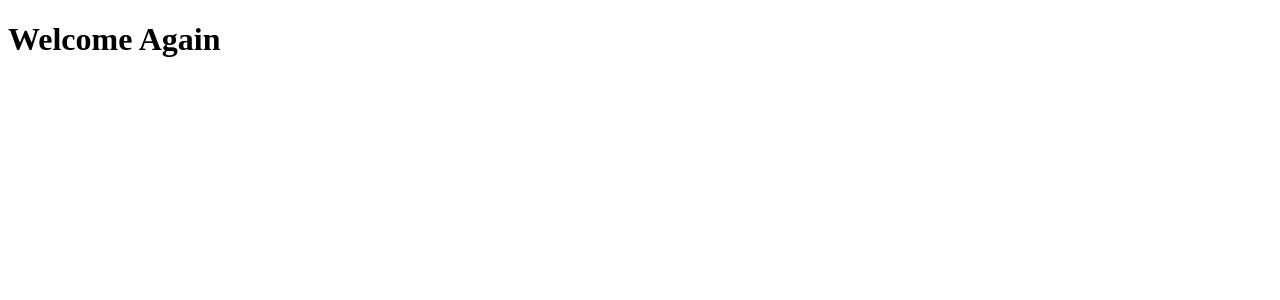
Repository: sandipgole/SpringBoot
Page: http://localhost/08_Jpa_mvc_H2_partTwo/home.jsp
These files come from the project's save history. The page is drawn as it stood at one moment and after the next save; the edit follows.
The browser window is 1280 px wide. The pictures show the whole page.
The page is served by Tomcat 9.

Above is the page before, as saved 2019-11-23 10:25:43.

After the next save:
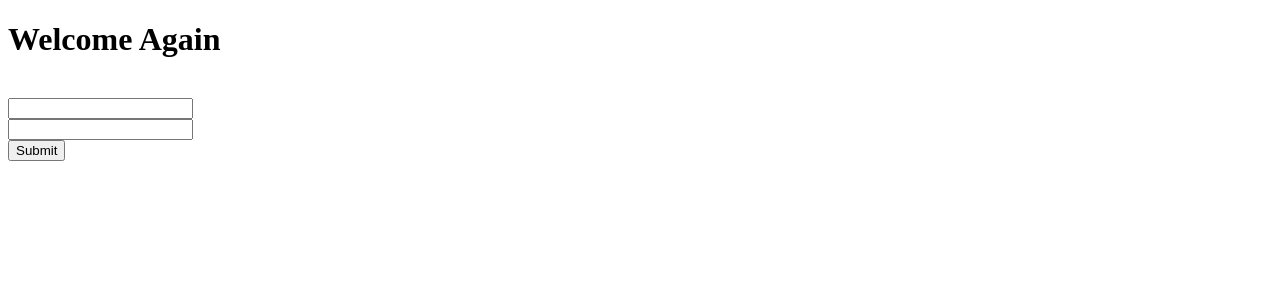
Saved 51 s later.
--- a/08_Jpa_mvc_H2_partTwo/src/main/webapp/home.jsp
+++ b/08_Jpa_mvc_H2_partTwo/src/main/webapp/home.jsp
@@ -8,6 +8,9 @@
 </head>
 <body>
 <h1>Welcome Again</h1><br>
-
+<form action="addAlien">
+		<input type="text" name="aid"><br>
+		<input type ="text" name="aname"><br>
+		<input type="submit"><br>
 </body>
 </html>
